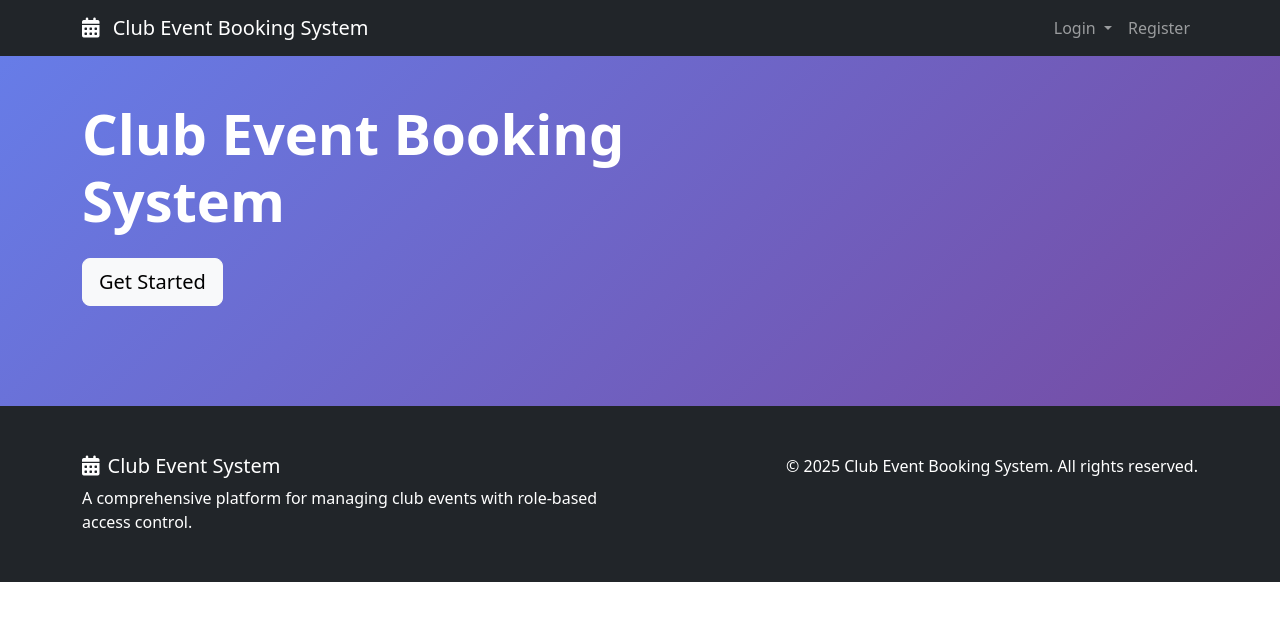
Repository: vipinsamy-sys/clubevent
Page: public/index.html
The author's editor kept a copy of each file at every save. The page is drawn from the files as they stood at one save, then again after the next save.
The browser window is 1280 px wide. The pictures show the whole page.

Above is the page before, as saved 2025-10-20 14:12:14.

### public/index.html
<!DOCTYPE html>
<html lang="en">
<head>
    <meta charset="UTF-8">
    <meta name="viewport" content="width=device-width, initial-scale=1.0">
    <title>Club Event Booking System</title>
    <link href="https://cdn.jsdelivr.net/npm/bootstrap@5.3.3/dist/css/bootstrap.min.css" rel="stylesheet">
    <link rel="stylesheet" href="https://cdnjs.cloudflare.com/ajax/libs/font-awesome/6.5.0/css/all.min.css">
    <style>
        .main-section {
            background: linear-gradient(135deg, #667eea 0%, #764ba2 100%);
            color: white;
            padding: 100px 0;
        }
        .feature-card {
            transition: transform 0.3s ease;
            border: none;
            box-shadow: 0 4px 6px rgba(0, 0, 0, 0.1);
        }
        .feature-card:hover {
            transform: translateY(-5px);
        }
        .role-card {
            background: white;
            border-radius: 15px;
            padding: 30px;
            text-align: center;
            box-shadow: 0 8px 25px rgba(0, 0, 0, 0.1);
            transition: all 0.3s ease;
        }
        .role-card:hover {
            transform: translateY(-10px);
            box-shadow: 0 15px 35px rgba(0, 0, 0, 0.2);
        }
        .btn-custom {
            background: linear-gradient(45deg, #667eea, #764ba2);
            border: none;
            border-radius: 25px;
            padding: 12px 30px;
            color: white;
            font-weight: 600;
            transition: all 0.3s ease;
        }
        .btn-custom:hover {
            transform: translateY(-2px);
            box-shadow: 0 5px 15px rgba(0, 0, 0, 0.2);
            color: white;
        }

.custom-modal {
    background: linear-gradient(135deg, #667eea, #764ba2); /* Background color or gradient */
    color: white; /* Text color */
    border-radius: 15px; /* Rounded corners */
    box-shadow: 0 8px 25px rgba(0,0,0,0.3); /* Shadow */
}

.custom-modal .btn-primary {
    background-color: #ff6b6b; /* Register button color */
    border: none;
}

.custom-modal .btn-primary:hover {
    background-color: #ff4b4b;
}

.custom-modal .btn-secondary {
    background-color: #4caf50; /* Login button color */
    border: none;
}

.custom-modal .btn-secondary:hover {
    background-color: #3e8e41;
}



    </style>
</head>
<body>
    <!-- Navigation -->
    <nav class="navbar navbar-expand-lg navbar-dark bg-dark fixed-top">
        <div class="container">
            <a class="navbar-brand" href="#">
                <i class="fas fa-calendar-alt me-2"></i>
                Club Event Booking System
            </a>
            <button class="navbar-toggler" type="button" data-bs-toggle="collapse" data-bs-target="#navbarNav">
                <span class="navbar-toggler-icon"></span>
            </button>
            <div class="collapse navbar-collapse" id="navbarNav">
                <ul class="navbar-nav ms-auto">
                    <li class="nav-item dropdown">
                        <a class="nav-link dropdown-toggle" href="#" id="loginDropdown" role="button" data-bs-toggle="dropdown">
                            Login
                        </a>
                        <ul class="dropdown-menu">
                            <li><a class="dropdown-item" href="student-login.html"><i class="fas fa-user-graduate me-2"></i>Student Login</a></li>
                            <li><a class="dropdown-item" href="admin-login.html"><i class="fas fa-user-shield me-2"></i>Admin Login</a></li>
                            <li><a class="dropdown-item" href="faculty-login.html"><i class="fas fa-chalkboard-teacher me-2"></i>Faculty Login</a></li>
                        </ul>
                    </li>
                    <li class="nav-item">
                        <a class="nav-link" href="register.html">Register</a>
                    </li>
                </ul>
            </div>
        </div>
    </nav>

    <!-- main Section -->
    <section class="main-section">
        <div class="container">
            <div class="row align-items-center">
                <div class="col-lg-6">
                    <h1 class="display-4 fw-bold mb-4">Club Event Booking System</h1>

                        <!-- Button trigger modal -->
<button type="button" class="btn btn-light btn-lg" data-bs-toggle="modal" data-bs-target="#getStartedModal">
    Get Started
</button>
                     <!-- Get Started Modal -->
<div class="modal fade" id="getStartedModal" tabindex="-1" aria-labelledby="getStartedModalLabel" aria-hidden="true">
  <div class="modal-dialog modal-dialog-centered">
    <div class="modal-content">
        <div class="modal-content custom-modal">

      <div class="modal-header">
        <h5 class="modal-title" id="getStartedModalLabel">Welcome!</h5>
        <button type="button" class="btn-close" data-bs-dismiss="modal" aria-label="Close"></button>
      </div>
      <div class="modal-body text-center">
        <p>Already have an account?</p> <a href="login.html" class="btn btn-secondary">login</a>
        <div class="d-flex justify-content-center gap-3 mt-3">
          <p>New user?</p>
          <br><br>
          <a href="register.html" class="btn btn-primary">Register</a>

        </div>
      </div>
    </div>
  </div>
</div>
</div>

                    </div>
                </div>

            </div>
        </div>
    </section>


    <!-- Footer -->
    <footer class="bg-dark text-white py-5">
        <div class="container">
            <div class="row">
                <div class="col-lg-6">
                    <h5><i class="fas fa-calendar-alt me-2"></i>Club Event System</h5>
                    <p class="mb-0">A comprehensive platform for managing club events with role-based access control.</p>
                </div>
                <div class="col-lg-6 text-lg-end">
                    <p class="mb-0">&copy; 2025 Club Event Booking System. All rights reserved.</p>
                </div>
            </div>
        </div>
    </footer>

    <script src="https://cdn.jsdelivr.net/npm/bootstrap@5.3.3/dist/js/bootstrap.bundle.min.js"></script>
</body>
</html>

After the next save:
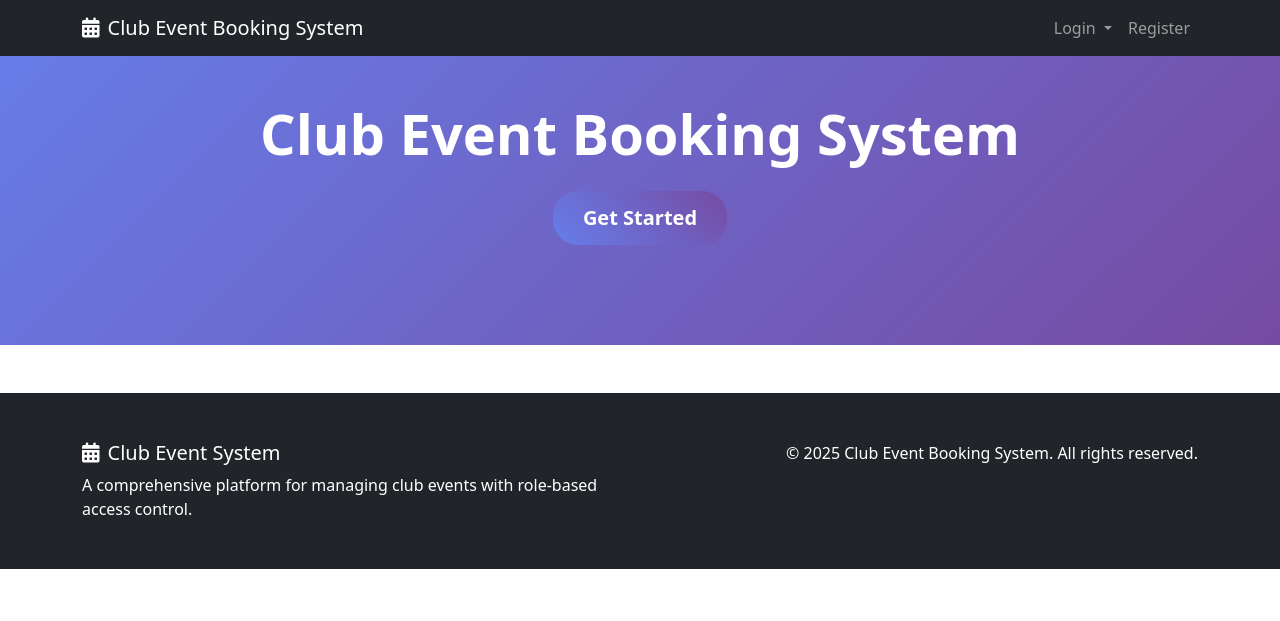
Saved 5 s later.
--- a/public/index.html
+++ b/public/index.html
@@ -11,26 +11,7 @@
             background: linear-gradient(135deg, #667eea 0%, #764ba2 100%);
             color: white;
             padding: 100px 0;
-        }
-        .feature-card {
-            transition: transform 0.3s ease;
-            border: none;
-            box-shadow: 0 4px 6px rgba(0, 0, 0, 0.1);
-        }
-        .feature-card:hover {
-            transform: translateY(-5px);
-        }
-        .role-card {
-            background: white;
-            border-radius: 15px;
-            padding: 30px;
             text-align: center;
-            box-shadow: 0 8px 25px rgba(0, 0, 0, 0.1);
-            transition: all 0.3s ease;
-        }
-        .role-card:hover {
-            transform: translateY(-10px);
-            box-shadow: 0 15px 35px rgba(0, 0, 0, 0.2);
         }
         .btn-custom {
             background: linear-gradient(45deg, #667eea, #764ba2);
@@ -47,43 +28,34 @@
             color: white;
         }
 
-.custom-modal {
-    background: linear-gradient(135deg, #667eea, #764ba2); /* Background color or gradient */
-    color: white; /* Text color */
-    border-radius: 15px; /* Rounded corners */
-    box-shadow: 0 8px 25px rgba(0,0,0,0.3); /* Shadow */
-}
-
-.custom-modal .btn-primary {
-    background-color: #ff6b6b; /* Register button color */
-    border: none;
-}
-
-.custom-modal .btn-primary:hover {
-    background-color: #ff4b4b;
-}
-
-.custom-modal .btn-secondary {
-    background-color: #4caf50; /* Login button color */
-    border: none;
-}
-
-.custom-modal .btn-secondary:hover {
-    background-color: #3e8e41;
-}
-
-
-
+        /* Popup custom styling */
+        .custom-modal {
+            background: linear-gradient(135deg, #667eea, #764ba2);
+            color: white;
+            border-radius: 15px;
+            box-shadow: 0 8px 25px rgba(0,0,0,0.3);
+        }
+        .custom-modal .btn-primary {
+            background-color: #ff6b6b; /* Register button */
+            border: none;
+        }
+        .custom-modal .btn-primary:hover {
+            background-color: #ff4b4b;
+        }
+        .custom-modal .btn-secondary {
+            background-color: #4caf50; /* Login button */
+            border: none;
+        }
+        .custom-modal .btn-secondary:hover {
+            background-color: #3e8e41;
+        }
     </style>
 </head>
 <body>
     <!-- Navigation -->
     <nav class="navbar navbar-expand-lg navbar-dark bg-dark fixed-top">
         <div class="container">
-            <a class="navbar-brand" href="#">
-                <i class="fas fa-calendar-alt me-2"></i>
-                Club Event Booking System
-            </a>
+            <a class="navbar-brand" href="#"><i class="fas fa-calendar-alt me-2"></i>Club Event Booking System</a>
             <button class="navbar-toggler" type="button" data-bs-toggle="collapse" data-bs-target="#navbarNav">
                 <span class="navbar-toggler-icon"></span>
             </button>
@@ -107,51 +79,42 @@
         </div>
     </nav>
 
-    <!-- main Section -->
+    <!-- Main Section -->
     <section class="main-section">
         <div class="container">
-            <div class="row align-items-center">
-                <div class="col-lg-6">
-                    <h1 class="display-4 fw-bold mb-4">Club Event Booking System</h1>
-
-                        <!-- Button trigger modal -->
-<button type="button" class="btn btn-light btn-lg" data-bs-toggle="modal" data-bs-target="#getStartedModal">
-    Get Started
-</button>
-                     <!-- Get Started Modal -->
-<div class="modal fade" id="getStartedModal" tabindex="-1" aria-labelledby="getStartedModalLabel" aria-hidden="true">
-  <div class="modal-dialog modal-dialog-centered">
-    <div class="modal-content">
-        <div class="modal-content custom-modal">
-
-      <div class="modal-header">
-        <h5 class="modal-title" id="getStartedModalLabel">Welcome!</h5>
-        <button type="button" class="btn-close" data-bs-dismiss="modal" aria-label="Close"></button>
-      </div>
-      <div class="modal-body text-center">
-        <p>Already have an account?</p> <a href="login.html" class="btn btn-secondary">login</a>
-        <div class="d-flex justify-content-center gap-3 mt-3">
-          <p>New user?</p>
-          <br><br>
-          <a href="register.html" class="btn btn-primary">Register</a>
-
-        </div>
-      </div>
-    </div>
-  </div>
-</div>
-</div>
-
-                    </div>
-                </div>
-
-            </div>
+            <h1 class="display-4 fw-bold mb-4">Club Event Booking System</h1>
+            <!-- Get Started Button triggers modal -->
+            <button type="button" class="btn btn-custom btn-lg" data-bs-toggle="modal" data-bs-target="#getStartedModal">
+                Get Started
+            </button>
         </div>
     </section>
 
+    <!-- Get Started Modal -->
+    <div class="modal fade" id="getStartedModal" tabindex="-1" aria-labelledby="getStartedModalLabel" aria-hidden="true">
+        <div class="modal-dialog modal-dialog-centered">
+            <div class="modal-content custom-modal p-4">
+                <div class="modal-header border-0">
+                    <h5 class="modal-title" id="getStartedModalLabel">Welcome!</h5>
+                    <button type="button" class="btn-close btn-close-white" data-bs-dismiss="modal" aria-label="Close"></button>
+                </div>
+                <div class="modal-body text-center">
+                    <p class="mb-3">Select your role to login:</p>
+                    <div class="d-flex justify-content-center gap-3 mb-3">
+                        <a href="student-login.html" class="btn btn-secondary">Student</a>
+                        <a href="admin-login.html" class="btn btn-secondary">Admin</a>
+                        <a href="faculty-login.html" class="btn btn-secondary">Faculty</a>
+                    </div>
+                    <hr class="border-light">
+                    <p class="mb-2">Or register if you are new:</p>
+                    <a href="register.html" class="btn btn-primary">Register</a>
+                </div>
+            </div>
+        </div>
+    </div>
 
     <!-- Footer -->
-    <footer class="bg-dark text-white py-5">
+    <footer class="bg-dark text-white py-5 mt-5">
         <div class="container">
             <div class="row">
                 <div class="col-lg-6">
